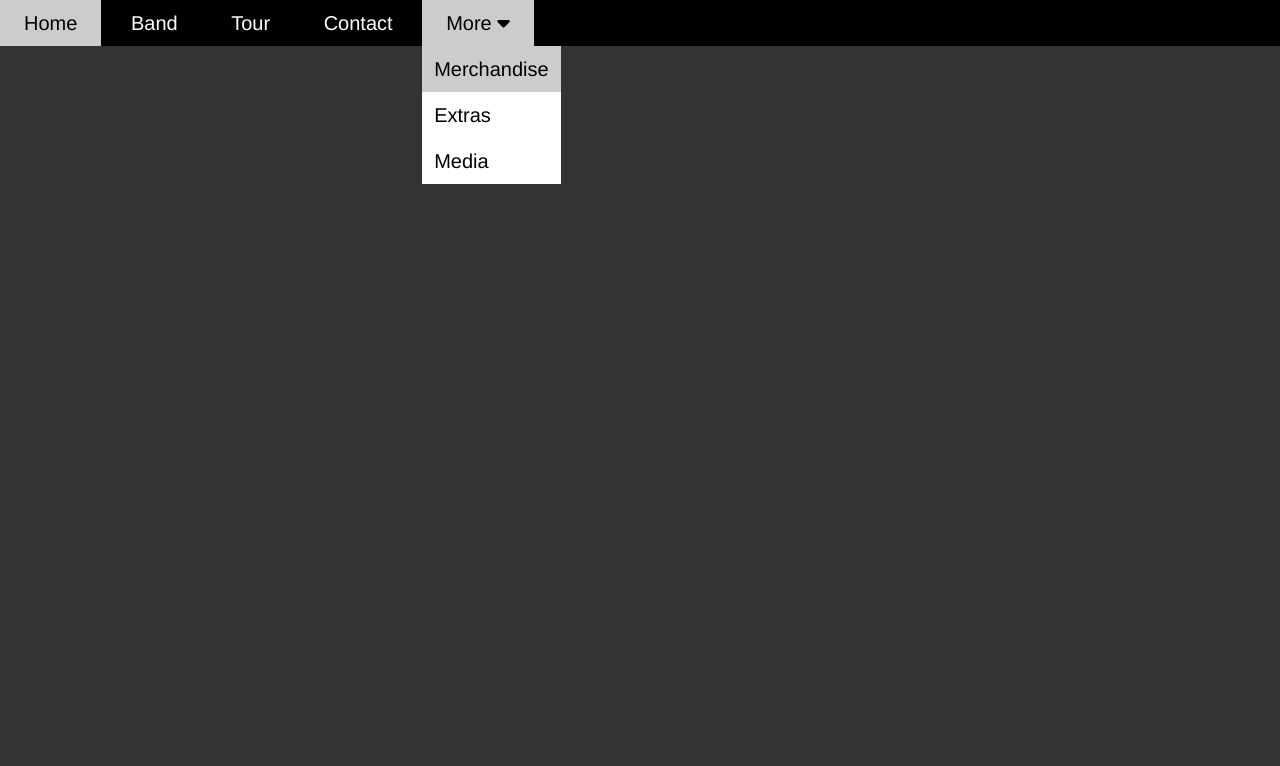
Repository: nugort/nugort.github.io
Page: f8/the-band/index.html
An editor plug-in stored every save of this project. The page is shown before and after the next save, followed by the edit.
The browser window is 1280 px wide. The pictures show the whole page.
The pointer rests on the first visible `#nav .subnav li`.
Some web libraries are served in a nearby version.

Above is the page before, as saved 2022-02-07 04:47:09.

After the next save:
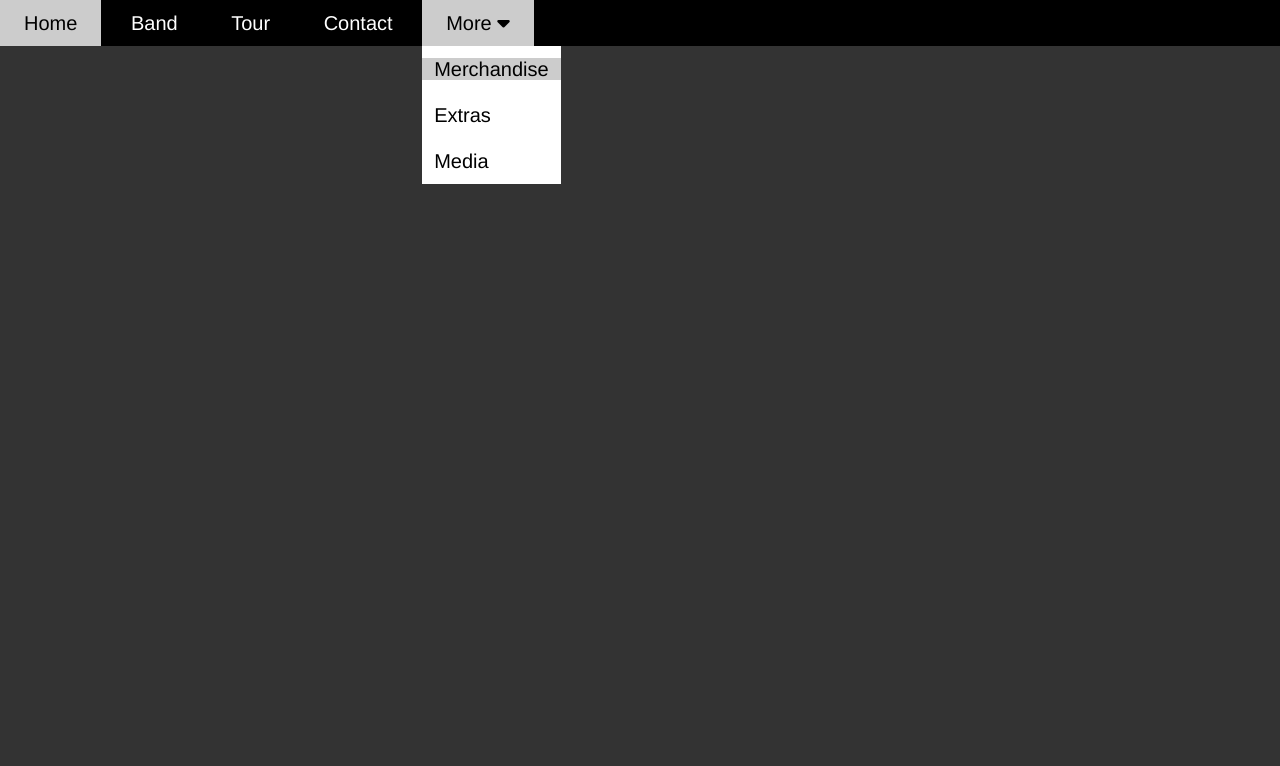
Saved 53 s later.
--- a/f8/the-band/assets/css/styles.css
+++ b/f8/the-band/assets/css/styles.css
@@ -109,8 +109,8 @@
     padding: 0px 12px;
 }
 
-#nav .subnav li:hover {
-    display: block;
+#nav .subnav li:hover a {
+    /* display: block; */
     color: #000;
     background-color: #CCC;
 }

After the save that followed:
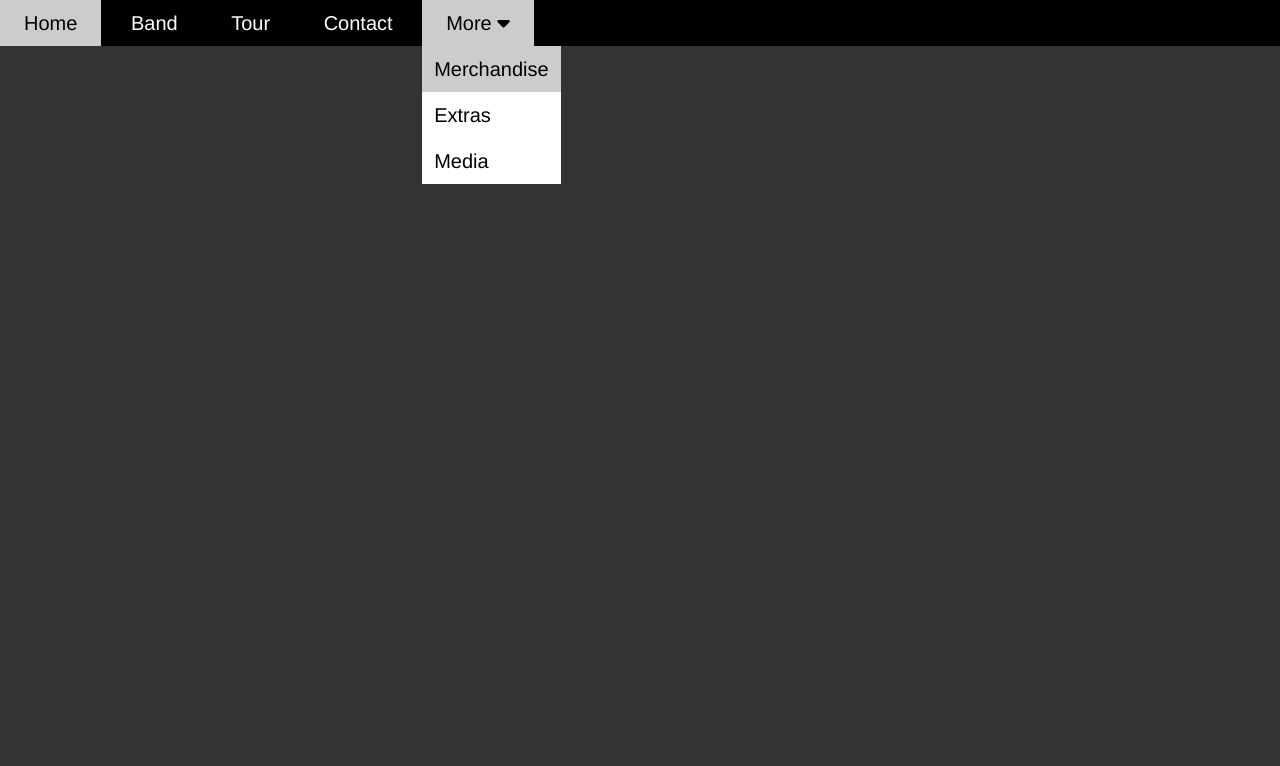
Saved 12 s later.
--- a/f8/the-band/assets/css/styles.css
+++ b/f8/the-band/assets/css/styles.css
@@ -110,7 +110,7 @@
 }
 
 #nav .subnav li:hover a {
-    /* display: block; */
+    display: block;
     color: #000;
     background-color: #CCC;
 }
